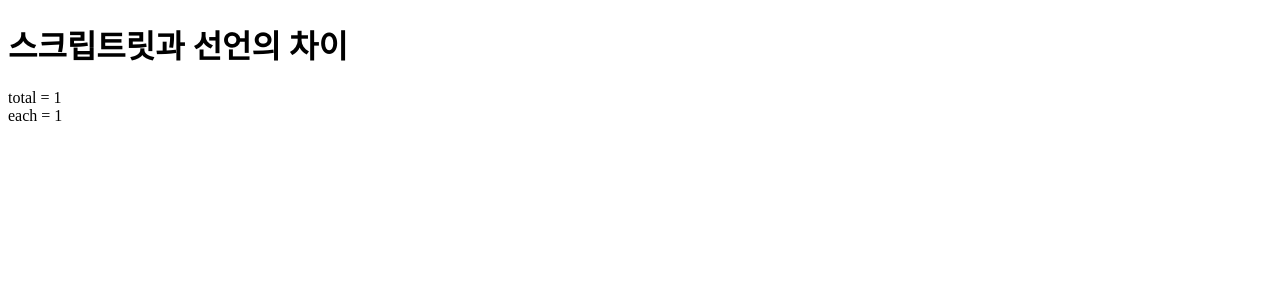
Repository: HeeMang28/jsp
Page: http://localhost/JSPBasic/jsptag/scriptletdeclaration.jsp
The author's editor kept a copy of each file at every save. The page is drawn from the files as they stood at one save, then again after the next save.
The browser window is 1280 px wide. The pictures show the whole page.
The page is served by Tomcat 9.

Above is the page before, as saved 2022-03-23 12:45:24.

After the next save:
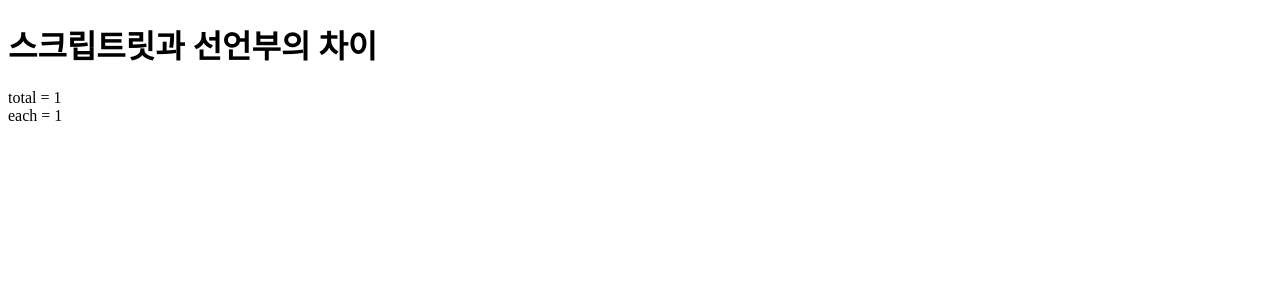
Saved 8 min 13 s later.
--- a/JSPBasic/src/main/webapp/jsptag/scriptletdeclaration.jsp
+++ b/JSPBasic/src/main/webapp/jsptag/scriptletdeclaration.jsp
@@ -17,7 +17,7 @@
 	total++;
 	%>
 </body>
-<h1>스크립트릿과 선언의 차이</h1>
+<h1>스크립트릿과 선언부의 차이</h1>
 	total = <%= total %><br/>
 	each = <%= each %><br/>
 </html>
